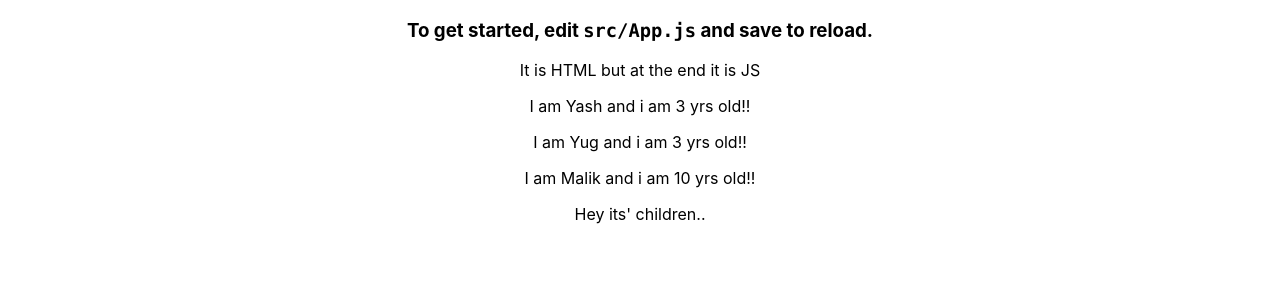
Repository: RohitMalik2/Rohit_react
Page: /
The author's editor kept a copy of each file at every save. The page is drawn from the files as they stood at one save, then again after the next save.
The browser window is 1280 px wide. The pictures show the whole page.
The project was rebuilt for these pictures with package versions that can differ from the ones it lists, and the page was loaded fresh each time.

Above is the page before, as saved 2019-10-22 23:48:55.

### src/App.js
import React, { Component } from 'react';
import './App.css';
import Person from './Person/Person';

class App extends Component {
  state = {
    persons : [
      {name: 'Yash', age: 3},
      {name: 'Yug', age: 3}
    ]
  }
  render() {
    return (
      <div className="App">
        <h3>
          To get started, edit <code>src/App.js</code> and save to reload.
        </h3>
        <p> It is HTML but at the end it is JS</p>
        <Person name={this.state.persons[0].name} age={this.state.persons[0].age}/>
        <Person name={this.state.persons[1].name} age={this.state.persons[1].age}/>
        <Person name="Malik" age="10">Hey its' children..</Person>
      </div>
    );
    /* return React.createElement('div', {className: 'App'}, React.createElement('h1', null, "Hey whts..up")); */
  }
}

export default App;

### src/Person/Person.js
import React from 'react'; // We need to import react bcz below JSX is converted
// to React element by React only

const person = (props) => {
    return (
       <div>
       <p>I am {props.name}  and i am {props.age} yrs old!!</p>
        <p>{props.children}</p>
       </div>
    );
}
export default person;

Loaded but not shown: public/index.html (common file); src/index.js (common file); src/index.css (common file); src/serviceWorker.js (common file); src/App.css (common file)

After the next save:
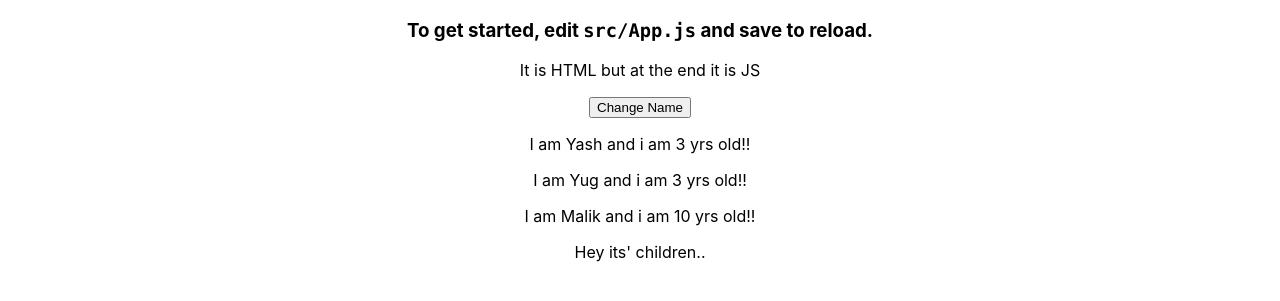
Saved 12 min 41 s later.
--- a/src/App.js
+++ b/src/App.js
@@ -9,6 +9,11 @@ class App extends Component {
       {name: 'Yug', age: 3}
     ]
   }
+
+  changeNameHandler = () => {
+    console.log('name changed');
+  }
+
   render() {
     return (
       <div className="App">
@@ -16,6 +21,7 @@ class App extends Component {
           To get started, edit <code>src/App.js</code> and save to reload.
         </h3>
         <p> It is HTML but at the end it is JS</p>
+        <button onClick={this.changeNameHandler}>Change Name</button>
         <Person name={this.state.persons[0].name} age={this.state.persons[0].age}/>
         <Person name={this.state.persons[1].name} age={this.state.persons[1].age}/>
         <Person name="Malik" age="10">Hey its' children..</Person>
